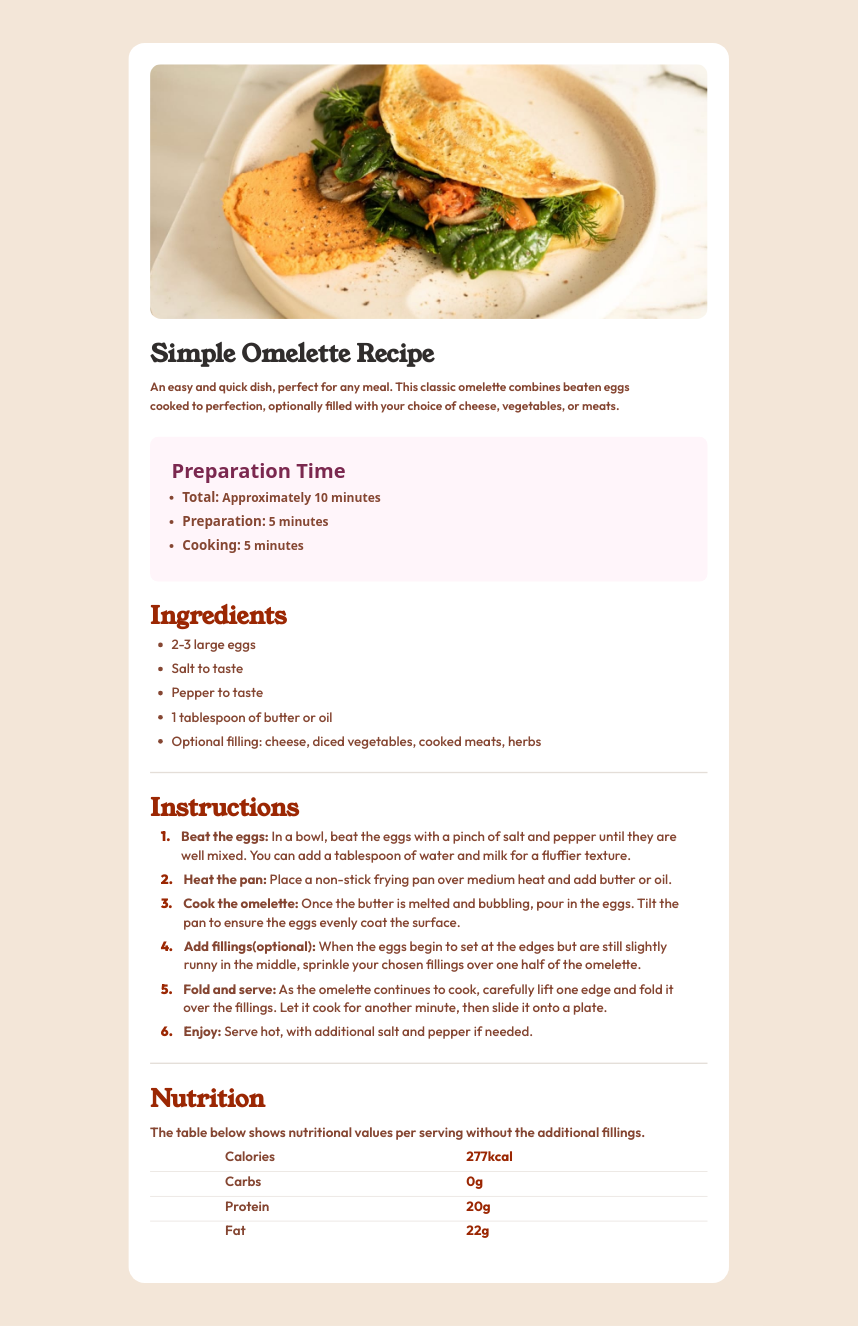
Repository: nivrii/recipe-page-main
Page: /
These files come from the project's save history. The page is drawn as it stood at one moment and after the next save; the edit follows.
The browser window is 1280 px wide. The pictures show the whole page, at 67% of full size.
The project was rebuilt for these pictures with package versions that can differ from the ones it lists, and the page was loaded fresh each time. Also part of the build but not shown: vite.config.js, src/index.css.

Above is the page before, as saved 2024-03-27 13:05:37.

### src/App.jsx
import "./App.css";
import { Nutrition } from "./Nutrition";
import { Instructions } from "./Instructions";
import { Ingredients } from "./Ingredients";
import { Prep } from "./Prep";
import { Header } from "./Header";
import { Image } from "./Image";
import omelette from "./assets/images/image-omelette.jpeg";

function App() {
  return (
    <body className="md:bg-eggshell md:pt-16 md:pb-16 ">
      <div className="
       flex flex-col w-screen min-h-max md:m-auto md:p-8 md:w-[70vw]
       md:bg-white md:rounded-3xl lg:w-[60vw]">
        <Image omelette={omelette} />
        <Header />
        <Prep />
        <div className="divide-y-2 divide-lightGrey mx-4 md:mx-0">
          <Ingredients />
          <Instructions />
          <Nutrition />
        </div>
      </div>
    </body>
  );
}

export default App;

### src/App.css
@import url("https://fonts.googleapis.com/css2?family=Young+Serif&display=swap");

@import url("https://fonts.googleapis.com/css2?family=Outfit:wght@100..900&display=swap");

@import "tailwindcss/base";
@import "tailwindcss/components";
@import "tailwindcss/utilities";

### src/Nutrition.jsx
export function Nutrition() {
  return (
    <div className="m-4 mb-8 md:mx-0">
      <h1 className="text-left text-nutmegLight text-3xl md:text-4xl font-bold font-young mt-8 mb-4">
        Nutrition
      </h1>
      <p className="text-nutmeg font-semibold font-outfit md:text-xl">
        The table below shows nutritional values per serving without the
        additional fillings.
      </p>
      <div className="divide-y divide-lightGrey font-outfit md:text-xl">
        <div className="flex flex-row my-2 text-left">
          <p className="basis-1/2 text-nutmeg font-semibold ml-12 md:ml-28">
            Calories
          </p>
          <p className="basis-1/2 text-nutmegLight font-bold">277kcal</p>
        </div>
        <div className="flex flex-row my-2 text-left ">
          <p className="basis-1/2 text-nutmeg font-semibold ml-12 md:ml-28">
            Carbs
          </p>
          <p className="basis-1/2 text-nutmegLight font-bold">0g</p>
        </div>
        <div className="flex flex-row my-2 text-left">
          <p className="basis-1/2 text-nutmeg font-semibold ml-12 md:ml-28">
            Protein
          </p>
          <p className="basis-1/2 text-nutmegLight font-bold">20g</p>
        </div>
        <div className="flex flex-row my-2 text-left">
          <p className="basis-1/2 text-nutmeg font-semibold ml-12 md:ml-28">
            Fat
          </p>
          <p className="basis-1/2 text-nutmegLight font-bold">22g</p>
        </div>
      </div>
    </div>
  );
}

### src/Instructions.jsx
export function Instructions() {
  return (
    <div className="m-4 md:mx-0">
      <h1 className="text-left text-nutmegLight text-3xl md:text-4xl font-bold font-young mt-8">
        Instructions
      </h1>
      <ul className="font-outfit mt-2 mb-8 mx-4 text-nutmeg font-medium space-y-2 md:text-xl lg:text-2xl">
        <li className="flex flex-row space-x-4">
          <div className="text-nutmegLight font-black">1.</div>
          <div className="">
            <span className="font-bold"> Beat the eggs:</span> In a bowl, beat
            the eggs with a pinch of salt and pepper until they are well mixed.
            You can add a tablespoon of water and milk for a fluffier texture.
          </div>
        </li>
        <li className="flex flex-row space-x-4">
          <div className="text-nutmegLight font-black ">2.</div>
          <div className="">
            <span className="font-bold"> Heat the pan:</span> Place a non-stick
            frying pan over medium heat and add butter or oil.
          </div>
        </li>
        <li className="flex flex-row space-x-4">
          <div className="text-nutmegLight font-black">3.</div>
          <div className="">
            <span className="font-bold"> Cook the omelette:</span> Once the
            butter is melted and bubbling, pour in the eggs. Tilt the pan to
            ensure the eggs evenly coat the surface.
          </div>
        </li>
        <li className="flex flex-row space-x-4">
          <div className="text-nutmegLight font-black">4.</div>
          <div className="">
            <span className="font-bold"> Add fillings(optional):</span> When the
            eggs begin to set at the edges but are still slightly runny in the
            middle, sprinkle your chosen fillings over one half of the omelette.
          </div>
        </li>
        <li className="flex flex-row space-x-4">
          <div className="text-nutmegLight font-black">5.</div>
          <div className="">
            <span className="font-bold"> Fold and serve:</span> As the omelette
            continues to cook, carefully lift one edge and fold it over the
            fillings. Let it cook for another minute, then slide it onto a
            plate.
          </div>
        </li>
        <li className="flex flex-row space-x-4">
          <div className="text-nutmegLight font-black">6.</div>
          <div className="">
            <span className="font-bold"> Enjoy:</span> Serve hot, with
            additional salt and pepper if needed.
          </div>
        </li>
      </ul>
    </div>
  );
}

### src/Ingredients.jsx
export function Ingredients() {
  return (
    <div className="m-4 md:mx-0">
      <h1 className="text-left text-nutmegLight text-3xl font-bold font-young mt-8 md:text-4xl lg:text-5xl">
        Ingredients
      </h1>
      <ul className="list-disc px-4 font-outfit mt-2 mb-8 mx-4 text-nutmeg font-medium space-y-2 md:text-xl lg:text-2xl">
        <li>2-3 large eggs</li>
        <li>Salt to taste</li>
        <li>Pepper to taste</li>
        <li>1 tablespoon of butter or oil</li>
        <li>Optional filling: cheese, diced vegetables, cooked meats, herbs</li>
      </ul>
    </div>
  );
}

### src/Prep.jsx
export function Prep() {
  return <div className="bg-roseWhite p-4 mx-8 rounded-xl md:mx-0 md:p-8">
        <h1 className="text-left text-darkRaspberry text-2xl font-bold md:text-3xl">
          Preparation Time
        </h1>
        <ul className="list-disc px-4 text-nutmeg md:text-lg">
          <li className=" font-semibold my-2 ">
            <span className="font-extrabold md:text-xl lg:text:2xl">Total:</span> Approximately 10
            minutes
          </li>
          <li className=" font-semibold my-2">
            <span className="font-extrabold md:text-xl lg:text:2xl">Preparation:</span> 5 minutes
          </li>
          <li className=" font-semibold my-2">
            <span className="font-extrabold md:text-xl lg:text:2xl">Cooking:</span> 5 minutes
          </li>
        </ul>
      </div>;
}

### src/Header.jsx
export function Header() {
  return <div className="bg-white m-8 md:mx-0">
        <h1 className="text-left text-darkCharcoal text-4xl font-bold font-young lg:text-5xl">
          Simple Omelette Recipe
        </h1>
        <p className="text-left font-outfit text-nutmeg mt-4 font-semibold md:text-lg lg:text-xl max-w-screen-md">
          An easy and quick dish, perfect for any meal. This classic omelette
          combines beaten eggs cooked to perfection, optionally filled with your
          choice of cheese, vegetables, or meats.
        </p>
      </div>;
}

### src/Image.jsx
/* eslint-disable react/prop-types */
export function Image({
  omelette
}) {
  return <div className=" md:w-auto">
        <img src={omelette} alt="omelette" className="w-screen md:w-auto md:rounded-2xl" />
      </div>;
}

### tailwind.config.js
/** @type {import('tailwindcss').Config} */
export default {
  content: ["./index.html", "./src/**/*.{js,ts,jsx,tsx}"],
  theme: {
    screens: {
      'sm': '375px',
      'md': '768px',
      'lg': '1440px',
      'xl': '1920px',
    },
    extend: {
      fontFamily: {
        outfit: ["Outfit", "sans-serif"],
        young: ["Young Serif", "serif"],
      },
      colors: {
        roseWhite: "hsl(330, 100%, 98%)",
        white: "hsl(0, 0%, 100%)",
        eggshell: "hsl(30, 54%, 90%)",
        lightGrey: "hsl(30, 18%, 87%)",
        wengeBrown: "hsl(30, 10%, 34%)",
        darkCharcoal: "hsl(24, 5%, 18%)",
        nutmeg: "hsl(14, 45%, 36%)",
        nutmegLight: "hsl(14, 96%, 31%)",
        darkRaspberry: "hsl(332, 51%, 32%)",
      },
    },
  },
  plugins: [],
};

Loaded but not shown: index.html (common file); src/main.jsx (common file)

After the next save:
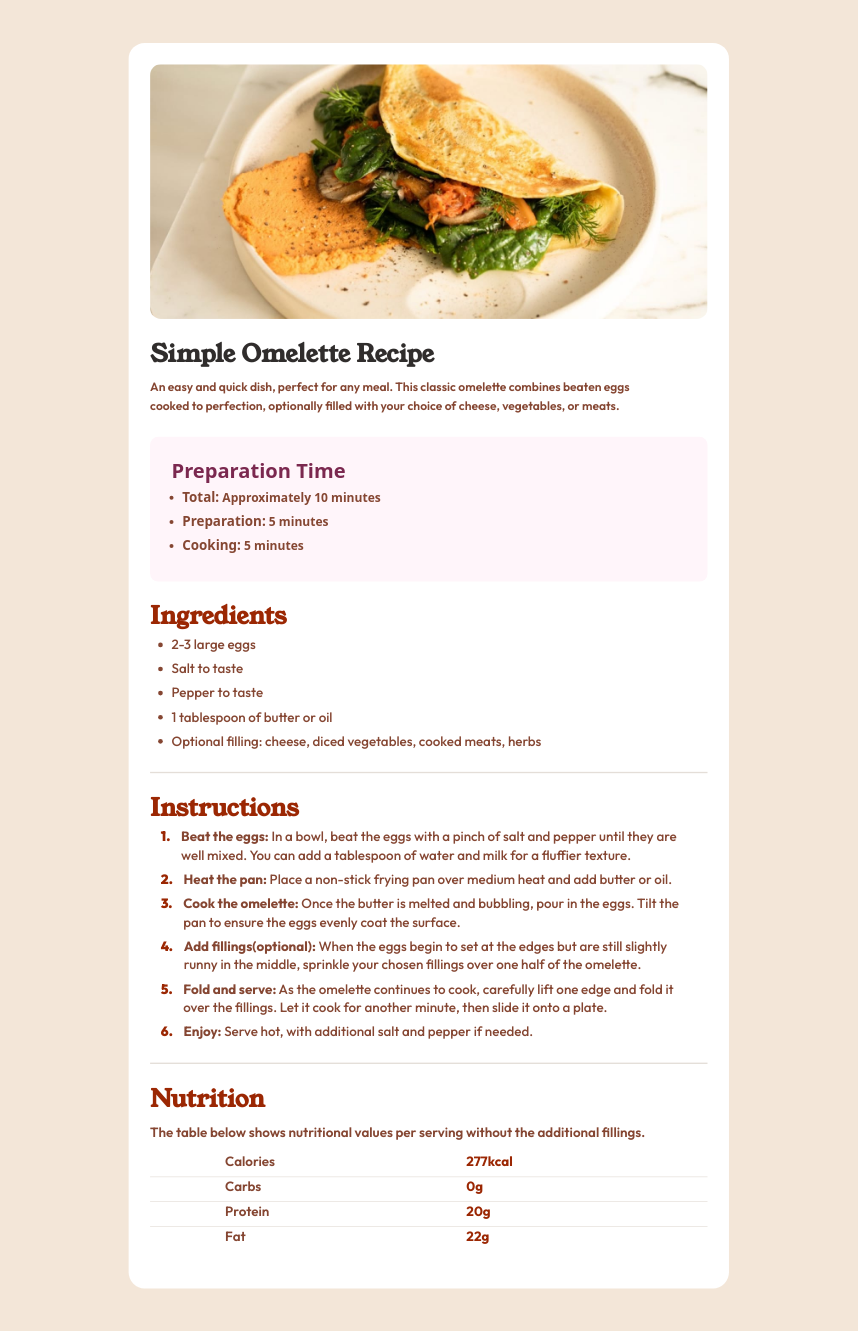
Saved 19 s later.
--- a/src/Nutrition.jsx
+++ b/src/Nutrition.jsx
@@ -4,7 +4,7 @@ export function Nutrition() {
       <h1 className="text-left text-nutmegLight text-3xl md:text-4xl font-bold font-young mt-8 mb-4">
         Nutrition
       </h1>
-      <p className="text-nutmeg font-semibold font-outfit md:text-xl">
+      <p className="text-nutmeg font-semibold mb-4 font-outfit md:text-xl">
         The table below shows nutritional values per serving without the
         additional fillings.
       </p>
